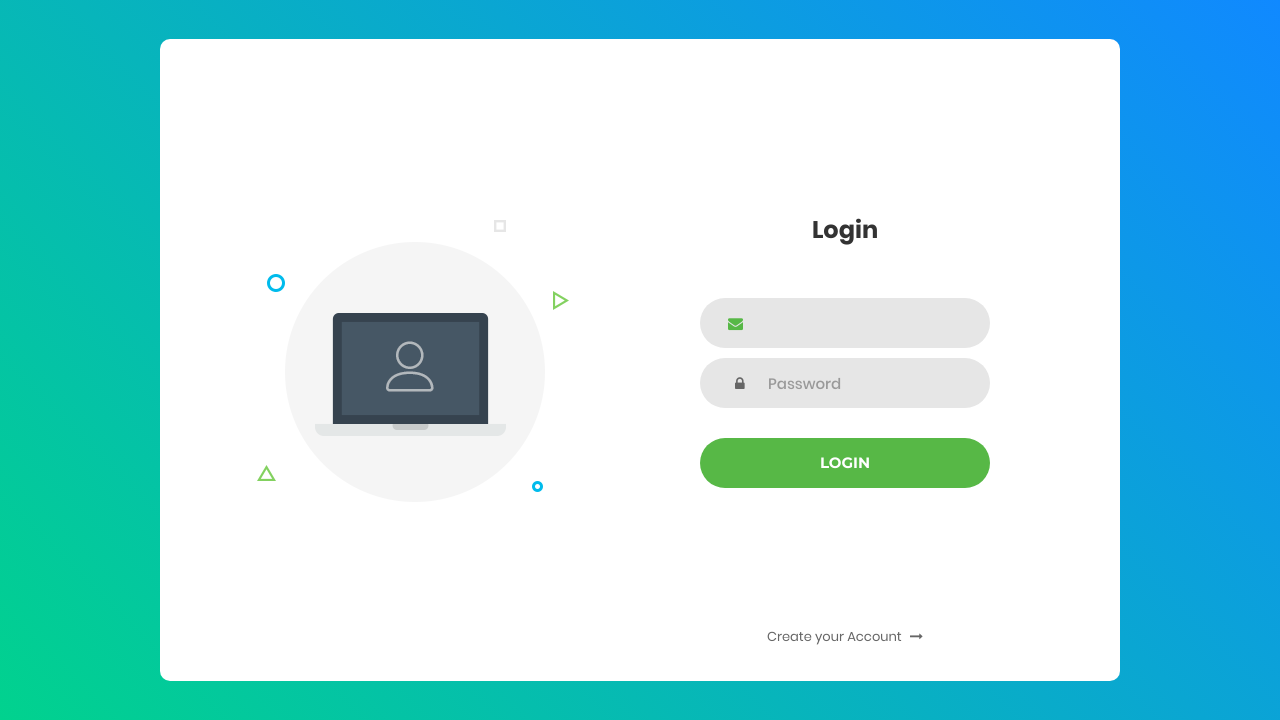
Repository: Jistoper/rental_car_management
Page: http://localhost/login
These files come from the project's save history. The page is drawn as it stood at one moment and after the next save; the edit follows.
The browser window is 1280 px wide. The pictures show the whole page.
The page is served by the project's Laravel application, run on PHP 8.4 with Laravel 10.

Above is the page before, as saved 2023-07-04 00:55:41.

After the next save:
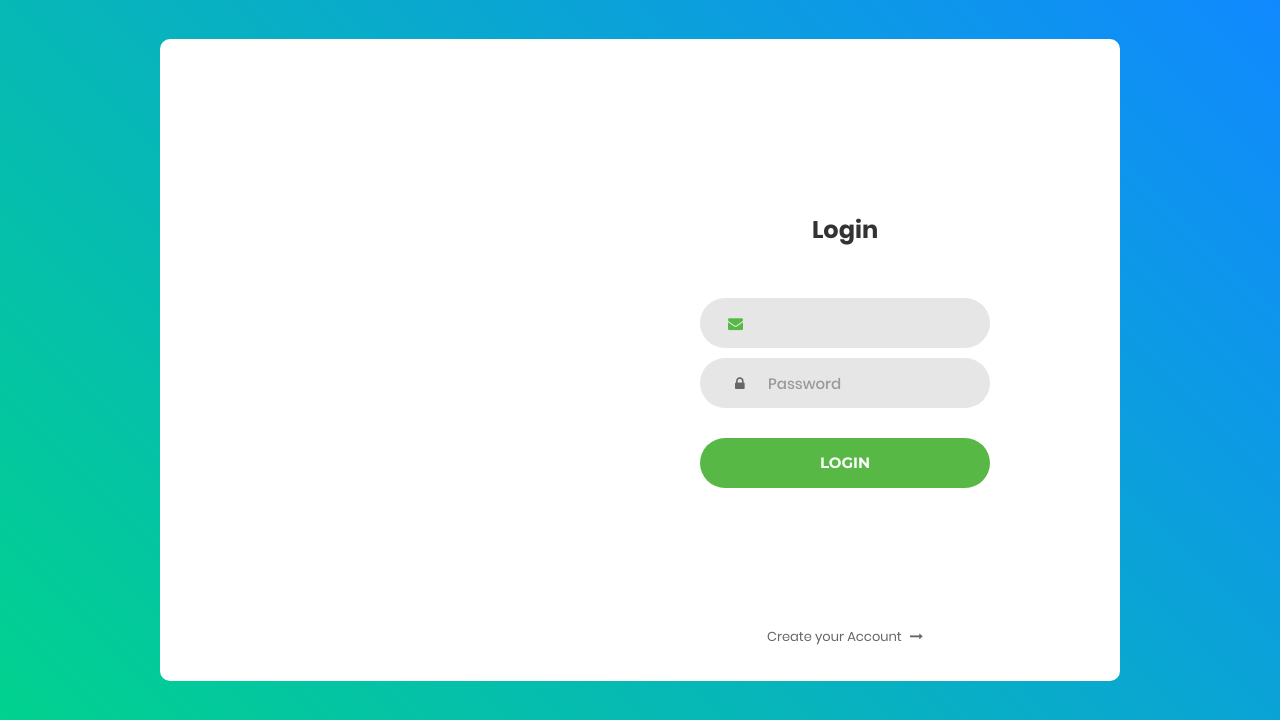
Saved 21 s later.
--- a/resources/views/Auth/login.blade.php
+++ b/resources/views/Auth/login.blade.php
@@ -24,7 +24,7 @@
         <div class="container-login100">
             <div class="wrap-login100">
                 <div class="login100-pic js-tilt" data-tilt>
-                    <img src="{{ asset('loginassets/images/img-01.png') }}" alt="IMG">
+                    <a src="{{ asset('loginassets/images/img-01.png') }}" alt="IMG"></a>
                 </div>
 
                 <form class="login100-form validate-form" method="POST" action="{{ route('login') }}">

After the 2 saves that followed:
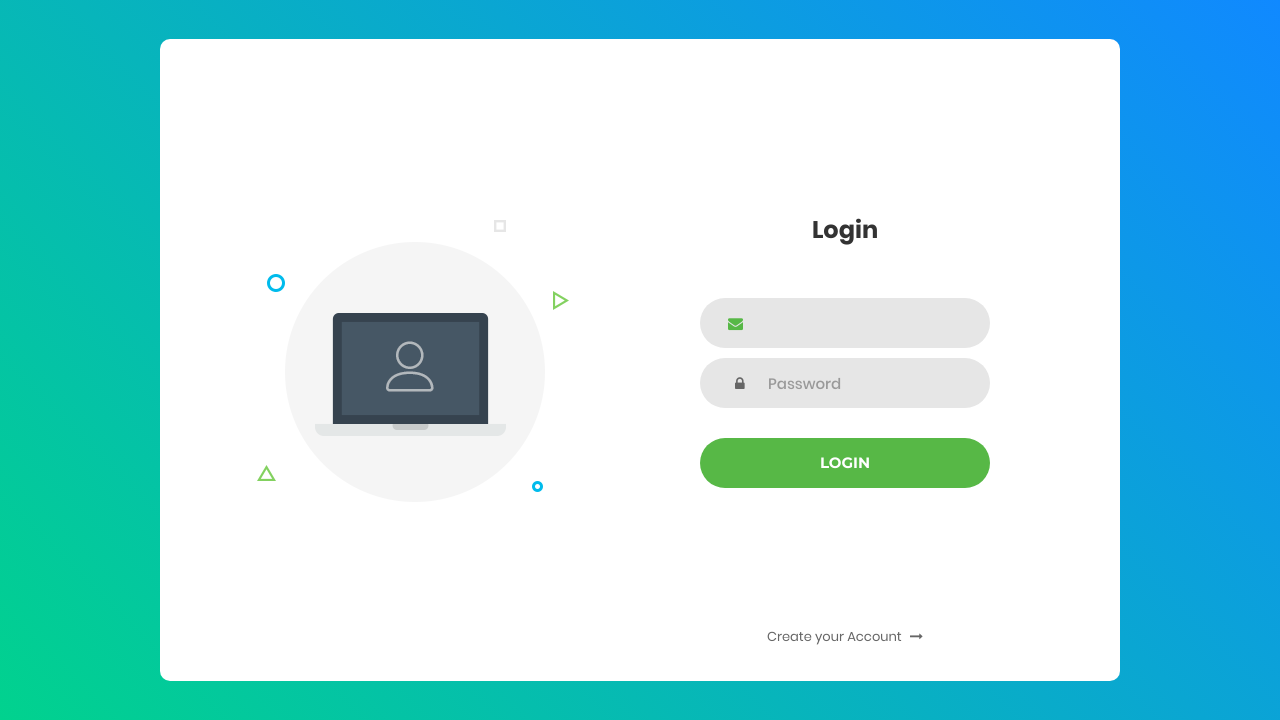
The 2 saves are shown as one change because 1 left the picture as it was.
The last was saved 75 s later.
--- a/resources/views/Auth/login.blade.php
+++ b/resources/views/Auth/login.blade.php
@@ -24,7 +24,9 @@
         <div class="container-login100">
             <div class="wrap-login100">
                 <div class="login100-pic js-tilt" data-tilt>
-                    <a src="{{ asset('loginassets/images/img-01.png') }}" alt="IMG"></a>
+                    <a href="{{ route('home') }}">
+                        <img src="{{ asset('loginassets/images/img-01.png') }}" alt="IMG">
+                    </a>
                 </div>
 
                 <form class="login100-form validate-form" method="POST" action="{{ route('login') }}">
